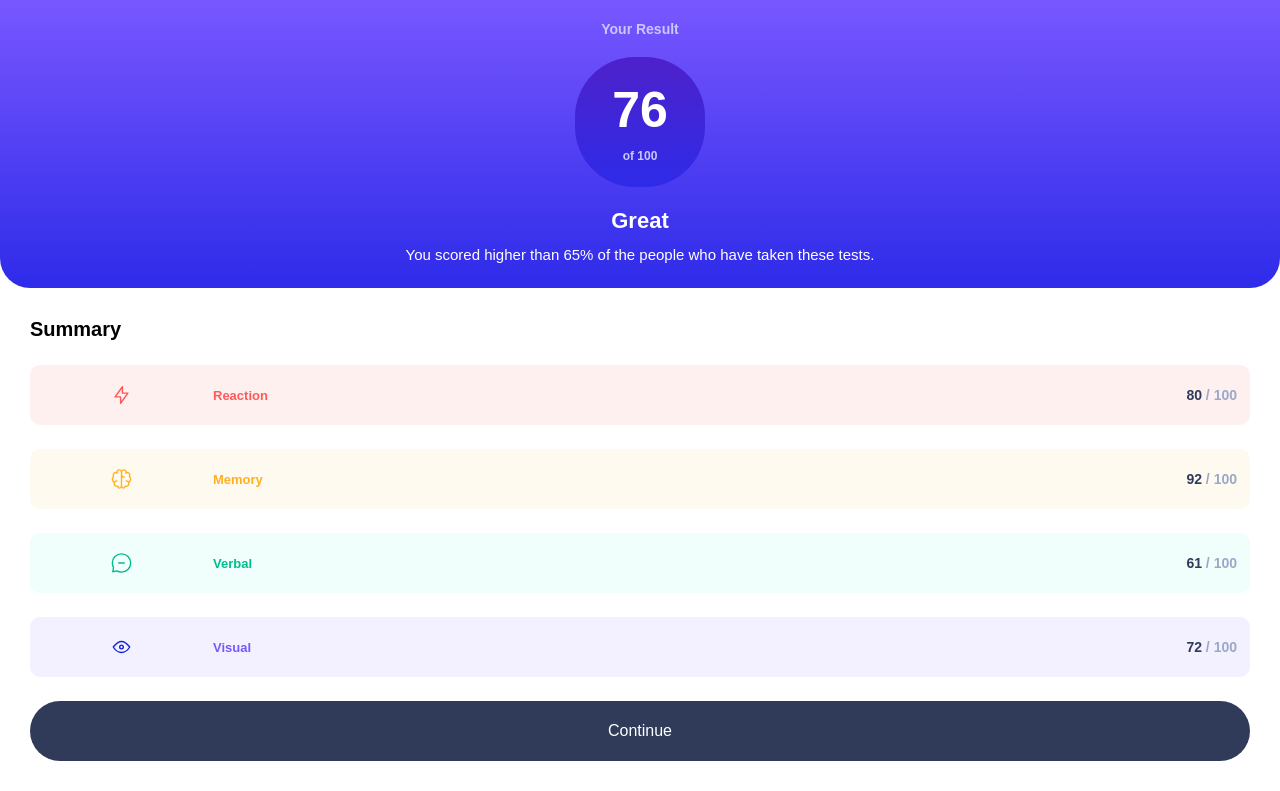
Repository: limaneto/frontend-mentor-results-summary
Page: index.html
An editor plug-in stored every save of this project. The page is shown before and after the next save, followed by the edit.
The browser window is 1280 px wide. The pictures show the whole page.

Above is the page before, as saved 2023-11-06 10:26:47.

### index.html
<!DOCTYPE html>
<html lang="en">
  <head>
    <meta charset="UTF-8">
    <meta name="viewport" content="width=device-width, initial-scale=1.0">
    <link rel="stylesheet" href="style.css">
  </head>
  <body>
    <main>
      <section id='result'>
        <h1>Your Result</h1>
        <span id='score'>
          <h2>76</h2>
          <h3>of 100</h3>
        </span>
        <span id='score-message'>
          <h4>Great</h4>
          <h5>You scored higher than 65% of the people who have taken these tests.</h5>
        </span>
      </section>
      <summary>
        <h2>Summary</h2>
        <ul>
          <li id='reaction'>
            <img id='icons' src="./assets/images/icon-reaction.svg" alt="Lightning">
            Reaction
            <span>
              80 <span>/ 100</span>
            </span>
          </li>
          <li id='memory'>
            <img id='icons' src="./assets/images/icon-memory.svg" alt="Brain">
            Memory
            <span>
              92 <span>/ 100</span>
            </span>
          </li>
          <li id='verbal'>
            <img id='icons' src="./assets/images/icon-verbal.svg" alt="Cloud">
            Verbal
            <span>
              61 <span>/ 100</span>
            </span>
          </li>
          <li id='visual'>
            <img id='icons' src="./assets/images/icon-visual.svg" alt="Eye">
            Visual
            <span>
              72 <span>/ 100</span>
            </span>
          </li>
        </ul>
        <button>Continue</button>
      </summary>
    </main>
  </body>
</html>

### style.css
:root {
  --red: #ff5959;
  --orangey:	#ffb01f;
  --green: #00bd91;
  --blue: #1125d4;
  --pale-blue: #ebf1ff;
  --white: #ffffff;
  --dark-gray-blue: #303b5a;
  --lavender: #c8c7ff;
  --g-slate-blue: #7857ff;
  --g-royal-blue: #2e2be9;
  --g-violet-blue: #4e21ca;
  --g-persian-blue: #2421ca;
}

@font-face {
  font-family: 'HankenGrotesk', sans-serif;
  src: url(./assets/fonts//HankenGrotesk-VariableFont_wght.ttf);
}

* {
  box-sizing: border-box;
  margin: 0;
  padding: 0;
}

html, body {
  font-size: 62.5%;
  font-family: 'HankenGrotesk', sans-serif;
  height: 100vh;
  width: 100vw;
}

li {
  display: block;
}

main {
  height: 100%;
  width: 100%;
}

section {
  display: flex;
  flex-direction: column;
  align-items: center;
  justify-content: space-evenly;
  height: 40%;
  background: linear-gradient(0deg, var(--g-royal-blue), var(--g-slate-blue));
  border-bottom-left-radius: 30px;
  border-bottom-right-radius: 30px;
  color: var(--white);
}

section > h1 {
  font-size: 1.4rem;
  color: var(--lavender);
}

#score {
  display: flex;
  flex-direction: column;
  justify-content: center;
  gap: 10px;
  text-align: center;
  height: 130px;
  width: 130px;
  border-radius: 6rem;
  background: linear-gradient(180deg, var(--g-violet-blue), var(--g-royal-blue));
}

#score > h2 {
  font-size: 2rem;
  font-size: 5rem;
}

#score > h3 {
  font-size: 1.2rem;
  color: var(--lavender);
}

#score-message {
  height: 60px;
  text-align: center;
}

#score-message > h4 {
  font-size: 2.2rem;
}

#score-message > h5 {
  padding: 10px 4rem;
  line-height: 2.2rem;
  font-size: 1.5rem;
  font-weight: 400;
  margin-bottom: 10px;
}

summary {
  padding: 30px;
}

summary > h2 {
  font-size: 2rem;
}

summary > ul > li {
  font-size: 1.3rem;
  font-weight: bold;
  display: flex;
  align-items: center;
  width: 100%;
  height: 60px;
  border-radius: 10px;
  background-color: #00bd91;
  margin: 24px 0;
}

#reaction {
  color: var(--red);
  background-color: hsl(0, 100%, 97%);
}

#memory {
  color: var(--orangey);
  background-color: hsl(39, 100%, 97%);
}

#verbal {
  color: var(--green);
  background-color: hsl(166, 100%, 97%);
}

#visual {
  color: var(--g-slate-blue);
  background-color: hsl(252, 100%, 97%);
}

#icons {
  width: 15%;
  height: 2.2rem;
}

li > span {
  color: var(--dark-gray-blue);
  font-size: 1.4rem;
  margin-right: 1.3rem;
  margin-left: auto;
}

li > span > span {
  color: hsl(224, 30%, 70%);
}

summary > button {
  background-color: var(--dark-gray-blue);
  width: 100%;
  height: 60px;
  color: var(--white);
  border: none;
  border-radius: 3.2rem;
  font-size: 1.6rem;
}

@media screen (min-width: 768px) {
  html, body {
    font-size: 75%;
  }



}

After the next save:
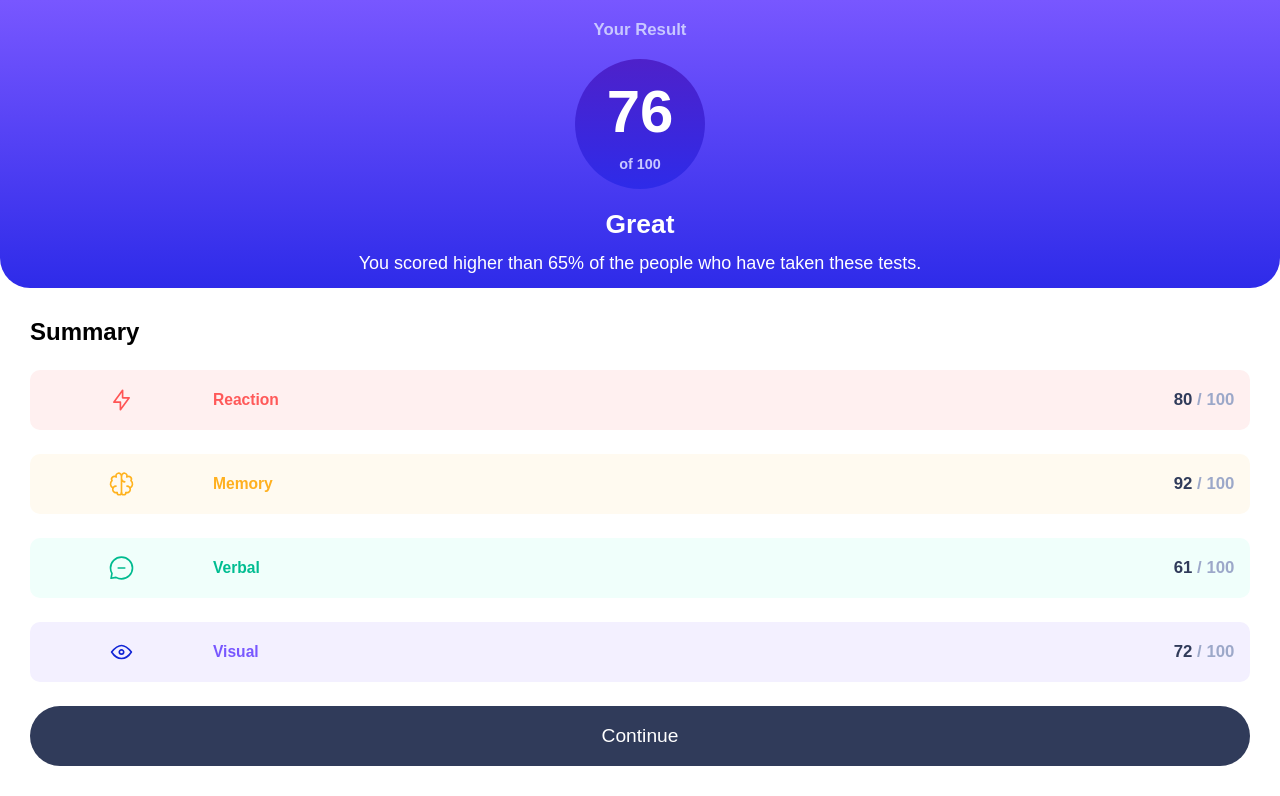
Saved 37 s later.
--- a/style.css
+++ b/style.css
@@ -162,11 +162,13 @@ summary > button {
   font-size: 1.6rem;
 }
 
-@media screen (min-width: 768px) {
+@media screen and (min-width: 768px) {
   html, body {
     font-size: 75%;
   }
 
+  main {
 
+  }
 
 }
